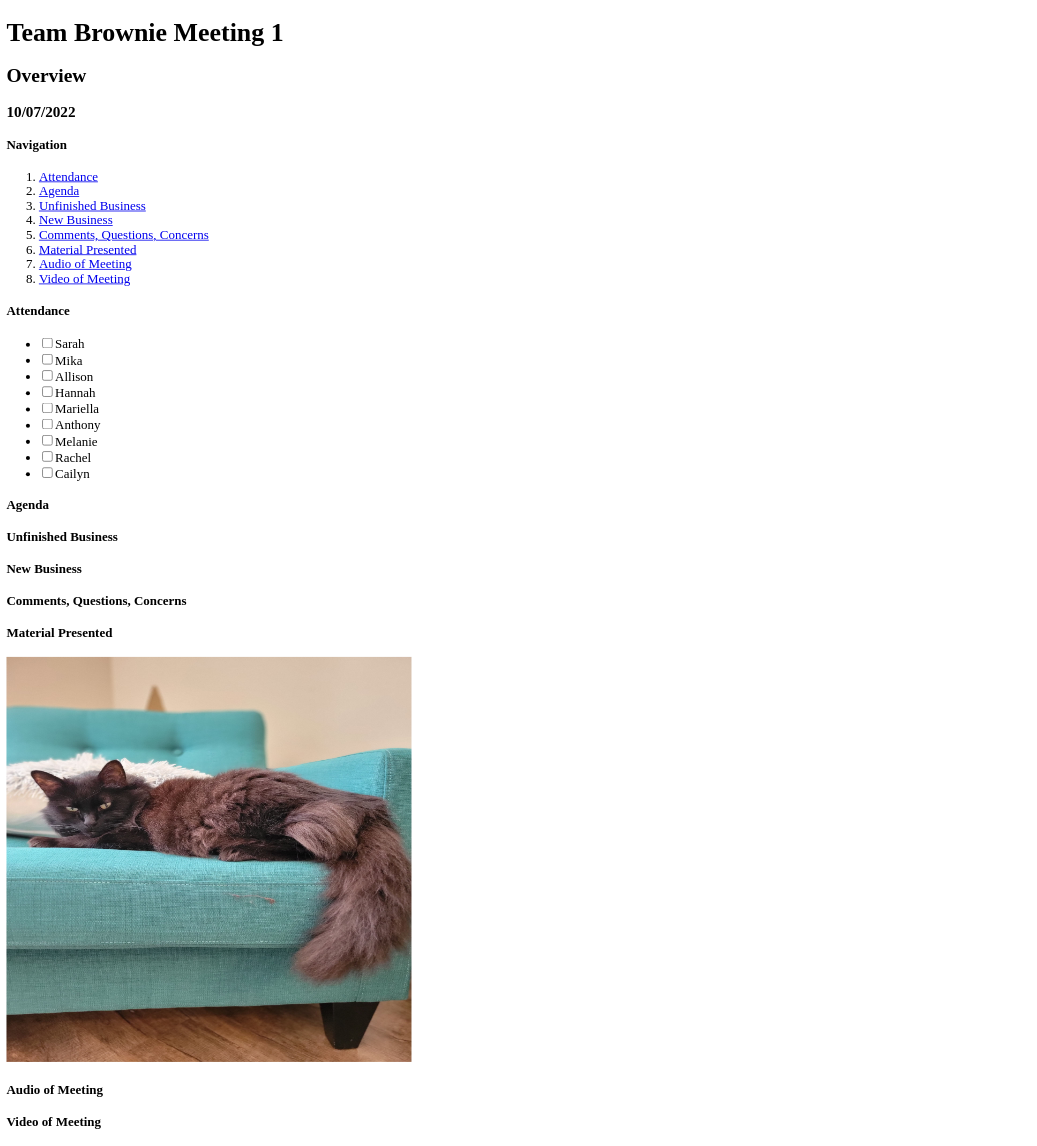
Repository: sarahtthomson/fa22-cse110-lab3
Page: index.html
These files come from the project's save history. The page is drawn as it stood at one moment and after the next save; the edit follows.
The browser window is 1280 px wide. The pictures show the whole page, at 81% of full size.

Above is the page before, as saved 2022-10-07 17:43:19.

After the next save:
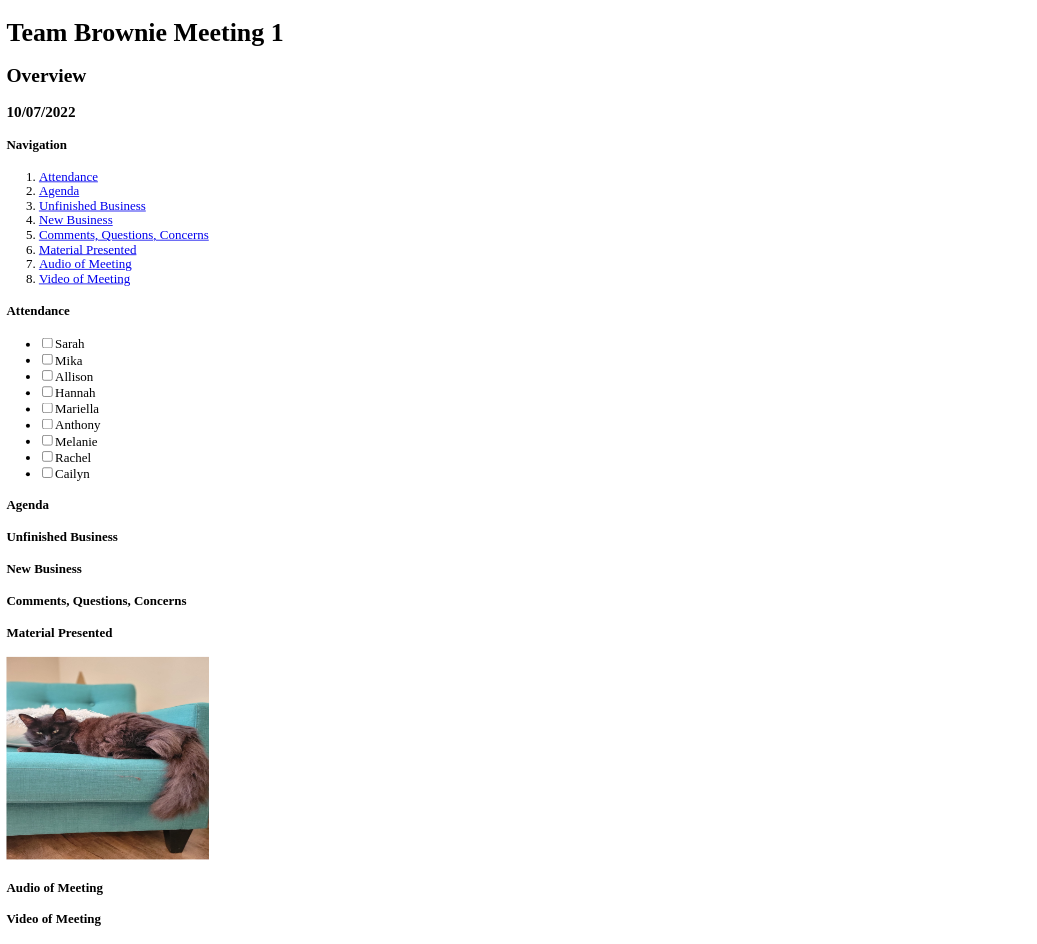
Saved 11 s later.
--- a/index.html
+++ b/index.html
@@ -55,7 +55,7 @@
             </div>
             <div class="Material" id="Material">
                 <h4>Material Presented</h4>
-                <img height="500" width="500" src="cat.jpg">
+                <img height="250" width="250" src="cat.jpg">
             </div>
             <div class="Audio" id="Audio">
                 <h4>Audio of Meeting</h4>
